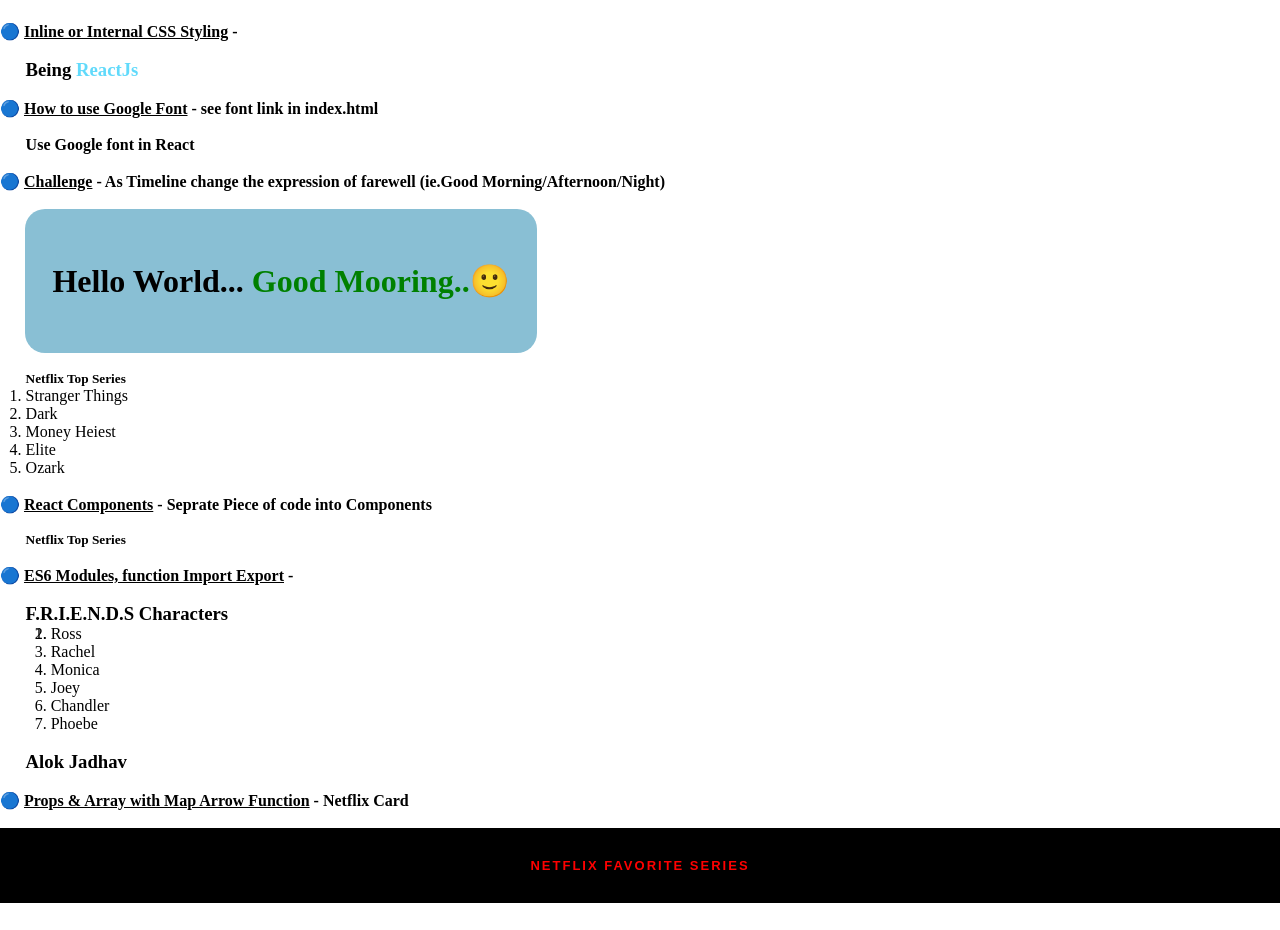
Repository: AalokJadhav/Being_ReactJS
Page: /
The author's editor kept a copy of each file at every save. The page is drawn from the files as they stood at one save, then again after the next save.
The browser window is 1280 px wide. The pictures show the part of the page from y = 728 to 1658 px (the page is 3182 px tall before and 3194 px after).
Pictures or frames that could not be fetched are drawn as grey boxes. Some web fonts or font styles are not loaded; a fallback is used. The project was rebuilt for these pictures with package versions that can differ from the ones it lists, and the page was loaded fresh each time.

Above is the page before, as saved 2021-10-19 15:24:33.

### public/index.html
<!DOCTYPE html>
<html lang="en">

<head>
  <meta charset="utf-8" />
  <link rel="icon" href="%PUBLIC_URL%/favicon.ico" />
  <meta name="viewport" content="width=device-width, initial-scale=1" />
  <meta name="theme-color" content="#000000" />
  <meta name="description" content="Web site created using create-react-app" />
  <link rel="apple-touch-icon" href="%PUBLIC_URL%/logo192.png" />
  <!--
      manifest.json provides metadata used when your web app is installed on a
      user's mobile device or desktop. See https://developers.google.com/web/fundamentals/web-app-manifest/
    -->
  <link rel="manifest" href="%PUBLIC_URL%/manifest.json" />
  <link rel="preconnect" href="https://fonts.googleapis.com">
  <link rel="preconnect" href="https://fonts.gstatic.com" crossorigin>
  <link rel="preconnect" href="https://fonts.googleapis.com">
  <link rel="preconnect" href="https://fonts.gstatic.com" crossorigin>
  <link href="https://fonts.googleapis.com/css2?family=Festive&display=swap" rel="stylesheet">
    <!--
      Notice the use of %PUBLIC_URL% in the tags above.
      It will be replaced with the URL of the `public` folder during the build.
      Only files inside the `public` folder can be referenced from the HTML.

      Unlike "/favicon.ico" or "favicon.ico", "%PUBLIC_URL%/favicon.ico" will
      work correctly both with client-side routing and a non-root public URL.
      Learn how to configure a non-root public URL by running `npm run build`.
    -->
  <title>Being React</title>
</head>

<body>
  <noscript>You need to enable JavaScript to run this app.</noscript>
  <div id="root"></div>
  <!--
      This HTML file is a template.
      If you open it directly in the browser, you will see an empty page.

      You can add webfonts, meta tags, or analytics to this file.
      The build step will place the bundled scripts into the <body> tag.

      To begin the development, run `npm start` or `yarn start`.
      To create a production bundle, use `npm run build` or `yarn build`.
    -->
</body>

</html>

### src/index.js
// var React = require ('react');
// var ReactDom = require ('react-dom');

import React from 'react';
import ReactDom from 'react-dom';
import './index.css';
import App from './App';


ReactDom.render(<App />, document.getElementById('root'));

### src/index.css

*{margin: 0; padding: 0; box-sizing: border-box;};


.h3 {
  padding-left: 0%;
}
/* Style the header with a grey background and some padding */
.header {
  overflow: hidden;
  background-color: black;
  padding: 20px 10px;
}

/* Style the header links */
.header a {
  float: left;
  color: #fff;
  text-align: center;
  padding: 12px;
  text-decoration: none;
  font-size: 18px;
  line-height: 25px;
  border-radius: 4px;
}

/* Style the logo link (notice that we set the same value of line-height and font-size to prevent the header to increase when the font gets bigger */
.header a.logo {
  font-size: 25px;
  font-weight: bold;
  font-family: cursive;
  color: #61dafb;
}

/* Style the active/current link*/
.active {
  line-height: 50px;
}

/* Float the link section to the right */
.header-right {
  float: right;
}

.heart {
	font-size: 25px;
	color: #e00;
	animation: beat .25s infinite alternate;
	transform-origin: center;
}

/* Heart beat animation */
@keyframes beat{
	to { transform: scale(1.4); }
}

.googlefont {
  font-family: 'Festive', cursive;
}
/* Add media queries for responsiveness - when the screen is 500px wide or less, stack the links on top of each other */
@media screen and (max-width: 500px) {
  .header a {
    float: none;
    display: block;
    text-align: left;
  }
  .header-right {
    float: none;
  }
}

.img_div img{
  width: 33%;
  height: 5%;
  margin: auto;
  padding-left: 2%;
}

.content {
  padding-left: 2%;
}

.challenge1 {
  background-color: rgb(137, 191, 212);
  width: 40%;
  height: 20vh;
  display: flex;
  justify-content: center;
  align-items: center;
  margin-top: -0px;
  margin-left: 25px;
  border-radius: 20px;
}

.heading_style  {
  padding: 30px 0;
  text-align: center;
  font-family: "Raleway", sans-serif;
  text-transform: uppercase;
  font-size: 13px;
  letter-spacing: 2px;
  font-weight: 5000;
  color: red;
  background-color: black;
  font-size: 1.rem;
  margin-bottom: -50px;
}

.cards {
  width: 100%;
  height: auto;
}

.card {
  margin: 6%;
  transition: all 0.4s cubic-bezier(0.175, 0.885, 0, 1);
  width: 21.25%;
  border-radius: 12px;
  background-color: red;
  box-shadow: 0px 13px 10px -7px rgb(0, 0, 0, 0.1);
  float: left;
}

.card:hover {
  box-shadow: 0px 30px 18px  -8px  rgb(0, 0, 0, 0.1);
  transform: scale(1.05, 1.05);
  background-color: green;

}
.card__img {
  width: 100%;
  height: 300px;
  border-top-left-radius: 12px;
  border-top-right-radius: 12px;

}

.card__info {
  background-color: #fff;
  border-bottom-left-radius: 12px;
  border-bottom-left-radius: 12px;
  background-color: #fff;
}

.card__category {
  font-family: "Raleway", sans-serif;
  text-transform: uppercase;
  font-size: 13px;
  letter-spacing: 2px;
  font-weight: 500;
  color: #868686;
  background-color: #fff;


}

.card__title {
  margin-top: 5px;
  margin-bottom: 10px;
  text-transform: capitalize;
  font-family: "Raleway", sans-serif;
  background-color: #fff;

}

button {
  padding: 5px 8px;
  font-family: "Raleway", sans-serif;
  text-transform: uppercase;
  font-size: 13px;
  letter-spacing: 2px;
  font-weight: 1000;
  color: red;
  background-color: #fff;
  outline: none;
  border: 1px solid black;
  cursor: pointer;
}

### src/App.js
import React from "react";
import './index.css';

import Navbar from './Header'
import List from "./List";
import CurrentDate from "./CurrentDate";
import RandomImages from "./RandomImages";
import InlineCss from "./InlineCss";
import SimpleGreeting from './SimpleGreeting';
import GoogleFont from "./GoogleFont";
import RComponents from "./RComponents";
import NetflixCard from "./NetflixCard";
import IfElse from "./IfElse";


function App() {

  return (
    <>
      <Navbar /><br /><br /><br /><br />
      <h4>Hello  World From ReactJS...✋</h4><br />
      <CurrentDate />
      <RandomImages />
      <InlineCss /> <br />
      <GoogleFont />
      <SimpleGreeting />
      <List />
      <RComponents />
      <NetflixCard />
      <IfElse />
    </>
  );
}



export default App;


//In Pure JavaScript
var h3 = document.createElement('h3');
h3.innerHTML = 'Hello  World From Pure JavaScript...❤❤❤';
document.getElementById('root').appendChild(h3);

### src/Header.jsx
import React from "react";




function Navbar() {

  return (
    <>
    <div className="header">
        <a href="#default" className="logo"><span style={{ color: 'white'}}>Being</span> &nbsp;
        <img src="data:[embedded picture, 514 characters]" alt="" height="20"  />
           &nbsp; React</a>
      <div className="header-right">
        <h5 className="active" style={{ color: 'white'}}>Made with <span className="heart">&#x2665;</span> by Alok Jadhav</h5>
        </div>
      </div>
    </>
  );
}
export default Navbar;

### src/List.jsx
import React from "react";
import './index.css';
import Title from "./Title";

function List() {
  return (
    <>
      <Title />
      <div className="content">

        <ol>
          <li>Stranger Things</li>
          <li>Dark</li>
          <li>Money Heiest</li>
          <li>Elite</li>
          <li>Ozark</li>
        </ol>
      </div>
      <br />
    </>
  );
}

export default List;

### src/CurrentDate.jsx
import React from "react";


const fullDate = new Date();
const date = fullDate.toLocaleDateString();
const time = fullDate.toLocaleTimeString();


function CurrentDate() {
    return (
        <>
        <h4>🔵 <u>Display Current date and time in JSX</u> -</h4><br />
        <div className="content">
          <p>Current Date is {`${date}`} </p>
          <p>Current Time is {`${time} `} </p>
        </div>
        <br />
        </>
    );
  }

export default CurrentDate;

### src/RandomImages.jsx
import React from "react";
import './index.css';

const RandomImgUrl = 'https://picsum.photos/2000';
const RandomImgUrl1 = 'https://picsum.photos/900';
const RandomImgUrl2 = 'https://picsum.photos/800';

function RandomImages() {
  return (
    <>
    <h4>🔵 <u>JSX Attributes for random image</u> -</h4><br />
  <div className="img_div">
    <img src={RandomImgUrl} alt='random image1' />
    <img src={RandomImgUrl1} alt='random image2' />
    <img src={RandomImgUrl2} alt='random image3' />
  </div>
  <br />
  </>
  );
}

export default RandomImages;

### src/InlineCss.jsx
function InlineCss() {
    return (
        <>
            <h4 >🔵 <u>Inline or Internal CSS Styling</u> -</h4><br/>
            <div className="content">
            <h3>Being <span style={{ color: '#61dafb', fontFamily: 'serif' }}>ReactJs</span> </h3>
            </div>
        </>
    )
}

export default InlineCss;

### src/SimpleGreeting.jsx
const CurrDate = new Date(2021, 14, 10, 9);
const hour = CurrDate.getHours();
let greeting = '';

const cssStyle = {}

if (hour >= 1 && hour < 12) {
    greeting = 'Good Mooring..🙂';
    cssStyle.color = 'green';
} else if (hour >= 12 && hour < 19) {
    greeting = 'Good Afternoon..🙄';
    cssStyle.color = 'orange';
} else {
    greeting = 'Good Night..😴';
}

function SimpleGreeting() {
    return (
        <>
            <h4>🔵 <u>Challenge</u> - As Timeline change the expression of farewell (ie.Good Morning/Afternoon/Night)</h4><br />
            <div className="challenge1">
                <h1>Hello World...<span style={cssStyle}> {greeting}</span></h1>
            </div>
            <br />
        </>
    )
}

export default SimpleGreeting;

### src/GoogleFont.jsx
import React from "react";
import './index.css';


function GoogleFont() {
  return (
    <>
    <h4>🔵 <u>How to use Google Font</u> -  see font link in index.html </h4><br/>
  <div className="content">
    <h4 className="googlefont">Use Google font in React </h4>
  </div>
  <br />
  </>
  );
}

export default GoogleFont;

### src/RComponents.jsx
import React from 'react';
import Title from './Title';
import AllCharacter from './AllCharacter';

function RComponents() {
    return (
        <>
            <h4>🔵 <u>React Components</u> - Seprate Piece of code into Components</h4><br />
            <Title />
            <br />
            <AllCharacter />
            <br />
        </>
    )
}

export default RComponents;

### src/NetflixCard.jsx
import React from "react";
import Card from "./Card";
import Sdata from "./Sdata";

function NetflixCard() {

    return (
        <>
            <h4>🔵 <u>Props & Array with Map Arrow Function</u> - Netflix Card</h4><br />
            <h1 className="heading_style" >Netflix Favorite  Series</h1>
            {Sdata.map((val, index) => {
                console.log(index);
                return (
                    <Card
                        key={val.id}
                        imgsrc={val.imgsrc}
                        title={val.title}
                        sname={val.sname}
                        link={val.link} />
                )
            })
            }
        </>
    )
}

export default NetflixCard;

### src/IfElse.jsx
import React from "react";
import Card from "./Card";
import Sdata from "./Sdata";


const FavSeries = 'netflix';

function IfElse() {
    if (FavSeries === 'netflix') {
        return (
            <>
            <h4>🔵 <u>If Else Statement</u> - Netflix Card</h4><br />
            <h1 className="heading_style" >Amazon Originals</h1>
            <Card
                key={Sdata[1].id}
                imgsrc={Sdata[1].imgsrc}
                title={Sdata[1].title}
                sname={Sdata[1].sname}
                link={Sdata[1].link} />
        </>
        )
    }
}

export default IfElse;

### src/Title.jsx
import React from "react";


function Title() {
    return (
        <div className="content">
            <h5>Netflix Top Series</h5>
        </div>

    )
}



export default Title;

### src/AllCharacter.jsx
// import { FullName } from './FullName';



const Characters = ['Ross', 'Rachel', 'Monica', 'Joey', 'Chandler', 'Phoebe'];
const AllCharacters = [];

let name = 'Alok Jadhav';
const Myname = name

Characters.forEach(function (data) {
  AllCharacters.push(<li>{data}</li>);
});

function AllCharacter() {
  return (
    <>
      <h4>🔵 <u>ES6 Modules, function Import Export</u> - </h4><br />
      <div className="content">
        <h3>F.R.I.E.N.D.S Characters</h3>
        <ol className="content">
          <li>{AllCharacters}</li>
        </ol>
        <br />
        <h3>{Myname}</h3>
      </div>
    </>
  )
}

export default AllCharacter;

### src/Card.jsx
import React from "react";
import Images from "./CardImages";
import NcardHeading from "./NcardHeading";

function Card(props) {
    return (
      <>
        <div className="cards">
          <div className="card">
            <Images  imgsrc={props.imgsrc}/>
            <div className="card__info">
              <span className="card__category">{props.title}</span>
              <NcardHeading sname={props.Sname} />
              <a href={props.link} target="_blank" rel="noreferrer">
                <button>Watch Now</button>
              </a>
            </div>
          </div>
        </div>
      </>
    )
  }

  export default Card;

### src/Sdata.jsx
const Sdata = [
  {
    id: 1,
    imgsrc:
      "http://cdn.shopify.com/s/files/1/0151/0741/products/pg1004_1024x1024.jpg?v :1578633269",
    title: "A Netflix Series",
    sname: "F.R.I.E.N.D.S",
    link: "https://www.netflix.com/in/title/70153404",
  },
  {
    id: 2,
    imgsrc: "https://talenthouse-res.cloudinary.com/image/upload/c_limit,fl_progressive,h_1280,w_1280/v1542188034/user-849291/submissions/mfa0no5fxv0d2t40jgpt.jpg",
    title: "The Amazon Original",
    sname: "Mirzapur",
    link: "https://www.primevideo.com/detail/Mirzapur/0PDOKMV9CRLOMO5EUKNCUJLG4Q",
  },
  {
    id: 3,
    imgsrc: "https://wallpapercave.com/wp/wp4056407.jpg",
    title: "A Netflix Series",
    sname: "Dark",
    link: "https://www.netflix.com/in/title/80100172",
  },
  {
    id: 4,
    imgsrc: "https://i1.wp.com/urbanasian.com/wp-content/uploads/2021/01/C5171E29-D5A4-4E14-99B2-CA462FC48FA2.png?fit=525%2C453&ssl=1",
    title: "The Amazon Original",
    sname: "The Family Man",
    link: "https://www.primevideo.com/detail/The-Family-Man/0H3DDB4KBJFNDCKKLHNRLRLVKQ",
  },
  {
    id: 5,
    imgsrc: "https://wallpapercave.com/wp/wp1839578.jpg",
    title: "A Netflix Series",
    sname: "Stranger Things",
    link: "https://www.netflix.com/in/title/80057281",
  },
  {
    id: 6,
    imgsrc: "https://www.91-cdn.com/hub/wp-content/uploads/2021/07/Paatal-Lok-highest-rated-Hindi-web-series-to-watch-on-Amazon-Prime-Video.jpg?tr=q-100",
    title: "The Amazon Original",
    sname: "Paatal Lok",
    link: "https://www.primevideo.com/detail/Paatal-Lok/0G9IEOHCN8KMY6COD9ILGH7IY5",
  },
];

export default Sdata;

### src/CardImages.jsx
import React from "react";

const Images = (props) => {
    return <img src={props.imgsrc} alt="friends" className="card__img"  />

};

export default Images;

### src/NcardHeading.jsx
import React from "react";

const NcardHeading = (props) => {
  return  <h3 className="card__title">{props.Sname}</h3>
}

export default NcardHeading;

After the next save:
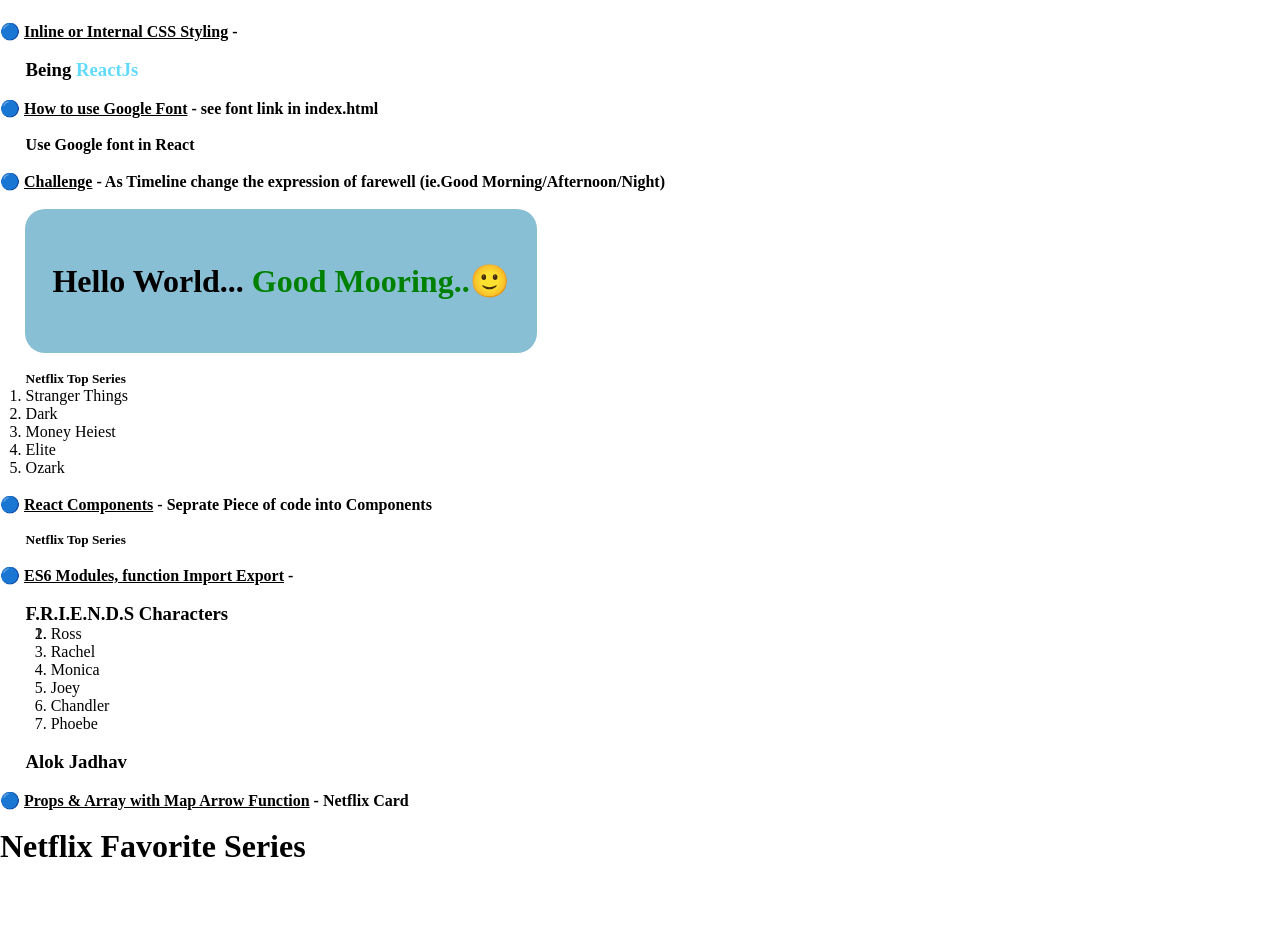
Saved 100 s later.
--- a/src/index.css
+++ b/src/index.css
@@ -92,7 +92,21 @@
   border-radius: 20px;
 }
 
-.heading_style  {
+.heading_styleN  {
+  padding: 30px 0;
+  text-align: center;
+  font-family: "Raleway", sans-serif;
+  text-transform: uppercase;
+  font-size: 13px;
+  letter-spacing: 2px;
+  font-weight: 5000;
+  color: red;
+  background-color: black;
+  font-size: 1.rem;
+  margin-bottom: -50px;
+}
+
+.heading_styleA  {
   padding: 30px 0;
   text-align: center;
   font-family: "Raleway", sans-serif;
--- a/src/IfElse.jsx
+++ b/src/IfElse.jsx
@@ -10,7 +10,7 @@
         return (
             <>
             <h4>🔵 <u>If Else Statement</u> - Netflix Card</h4><br />
-            <h1 className="heading_style" >Amazon Originals</h1>
+            <h1 className="heading_styleA" >Amazon Originals</h1>
             <Card
                 key={Sdata[1].id}
                 imgsrc={Sdata[1].imgsrc}

After the save that followed:
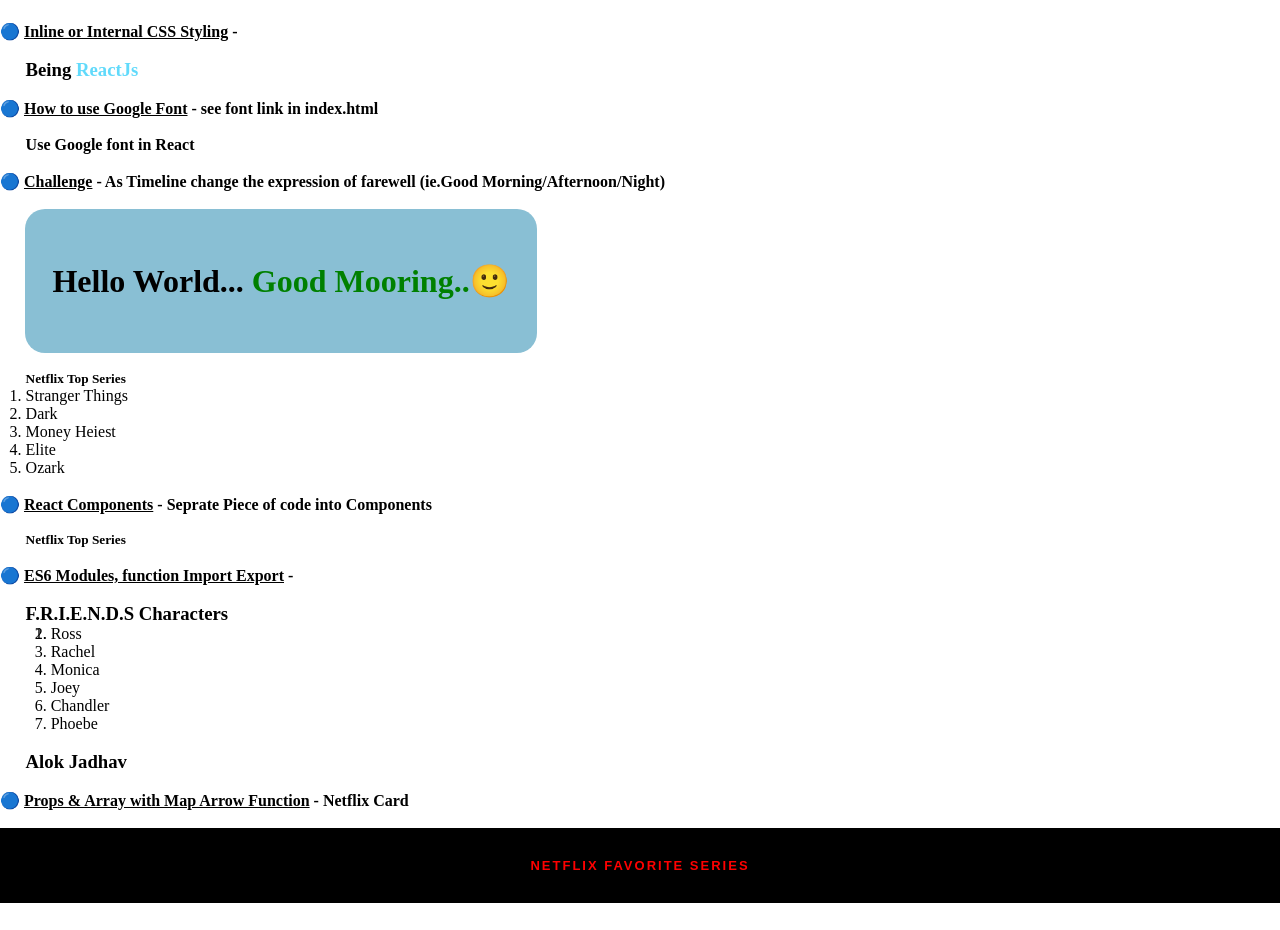
Saved 1 s later.
--- a/src/NetflixCard.jsx
+++ b/src/NetflixCard.jsx
@@ -7,7 +7,7 @@
     return (
         <>
             <h4>🔵 <u>Props & Array with Map Arrow Function</u> - Netflix Card</h4><br />
-            <h1 className="heading_style" >Netflix Favorite  Series</h1>
+            <h1 className="heading_styleN" >Netflix Favorite  Series</h1>
             {Sdata.map((val, index) => {
                 console.log(index);
                 return (
